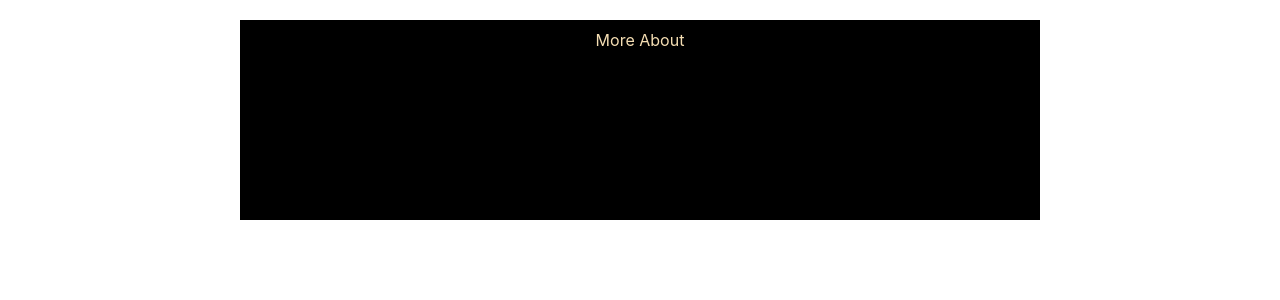
Repository: MiroslavWise/test-gallery
Page: /
An editor plug-in stored every save of this project. The page is shown before and after the next save, followed by the edit.
The browser window is 1280 px wide. The pictures show the whole page.
The page's requests for data from a server got no answer. The project was rebuilt for these pictures with package versions that can differ from the ones it lists, and the page was loaded fresh each time. No one was signed in, and anything a server would have sent is missing.

Above is the page before, as saved 2022-06-22 17:24:05.

After the next save:
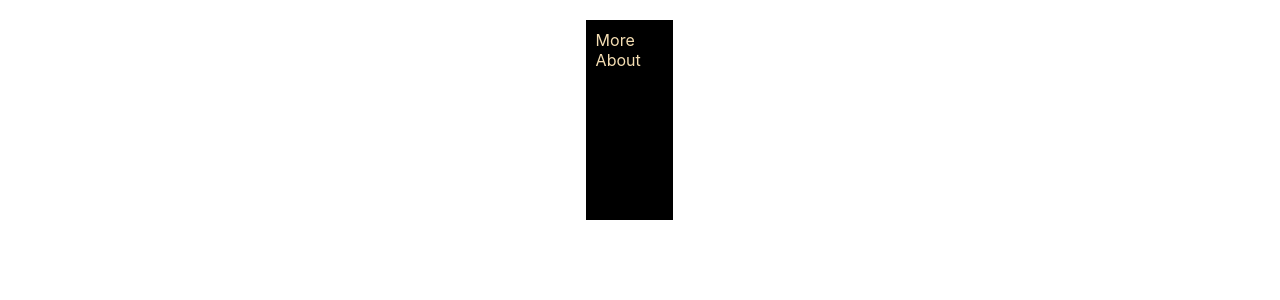
Saved 21 s later.
--- a/src/index.scss
+++ b/src/index.scss
@@ -21,7 +21,7 @@
 .container_gallery{
   display: flex;
   flex-direction: column;
-  width: 800px;
+  width: 80%;
   background-color: black;
   height: 200px;
 }
